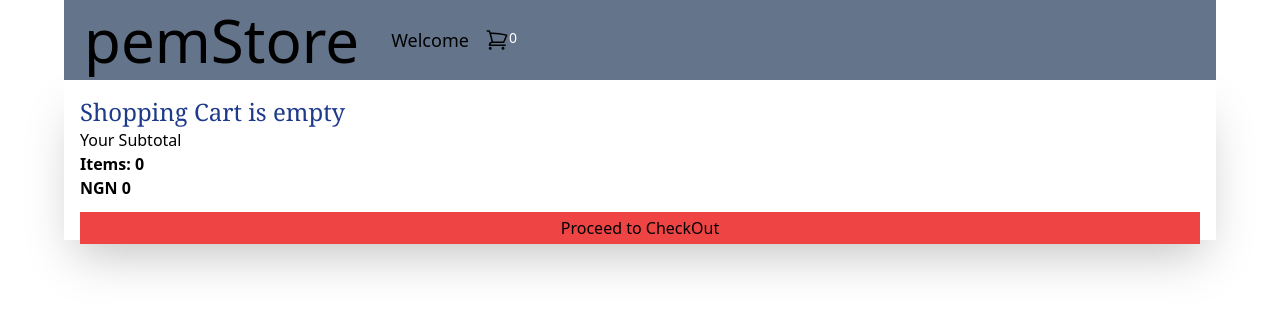
Repository: Semanmernstack/pemstore
Page: /checkout
An editor plug-in stored every save of this project. The page is shown before and after the next save, followed by the edit.
The browser window is 1280 px wide. The pictures show the whole page.
The page's requests for data from a server got no answer. The project was rebuilt for these pictures with package versions that can differ from the ones it lists, and the page was loaded fresh each time. The framework's server and built-in components were replaced by stand-ins that run in the browser. No one was signed in, and anything a server would have sent is missing. Also part of the build but not shown: next.config.js, components/CheckoutProduct.js.

Above is the page before, as saved 2022-11-06 06:00:11.

After the next save:
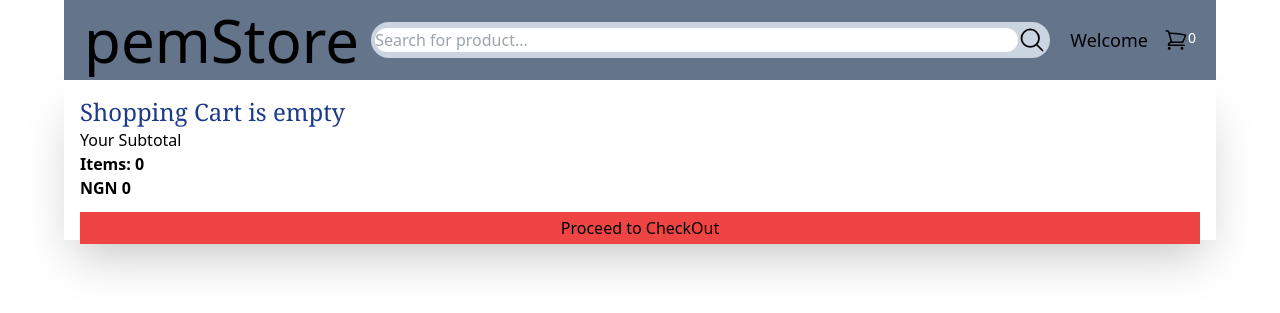
Saved 34 s later.
--- a/components/Header.js
+++ b/components/Header.js
@@ -14,7 +14,7 @@ function Header() {
           <div onClick={() => router.push("/")} className="mr-3  text-3xl md:text-5xl lg:text-6xl">
               <h1 className="cursor-pointer">pemStore</h1>
           </div>
-          <div className=" hidden   items-center flex-grow bg-slate-300 p-1 cursor-pointer rounded-full ">
+          <div className=" flex   items-center flex-grow bg-slate-300 p-1 cursor-pointer rounded-full ">
               <input className=" outline-none  rounded-full flex-grow   " type="text" placeholder="Search for product..." />
               <svg className="h-7 w-7"   xmlns="http://www.w3.org/2000/svg" fill="none" viewBox="0 0 24 24" strokeWidth={1.5} stroke="currentColor" >
                   <path strokeLinecap="round" strokeLinejoin="round" d="M21 21l-5.197-5.197m0 0A7.5 7.5 0 105.196 5.196a7.5 7.5 0 0010.607 10.607z" />
